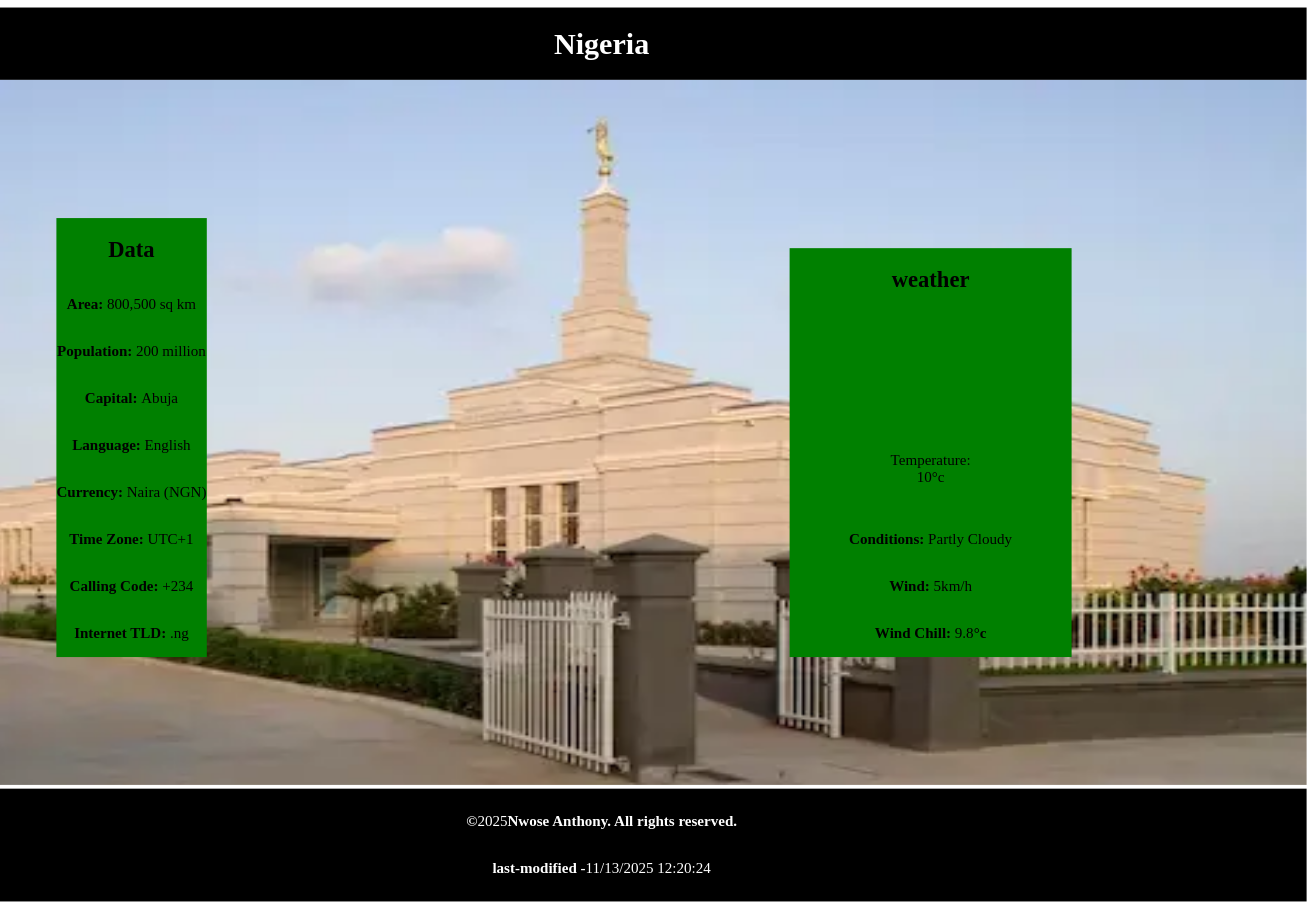
Repository: NoblesNigeria/wdd131
Page: place.html
These files come from the project's save history. The page is drawn as it stood at one moment and after a run of saves; the edit follows.
The browser window is 1280 px wide. The page is 1390 px wide, so the pictures cover 1390 px, including what lies to the right of the window. The pictures show the whole page, at 94% of full size.

Above is the page before, as saved 2025-11-13 18:00:27.

After the next 2 saves:
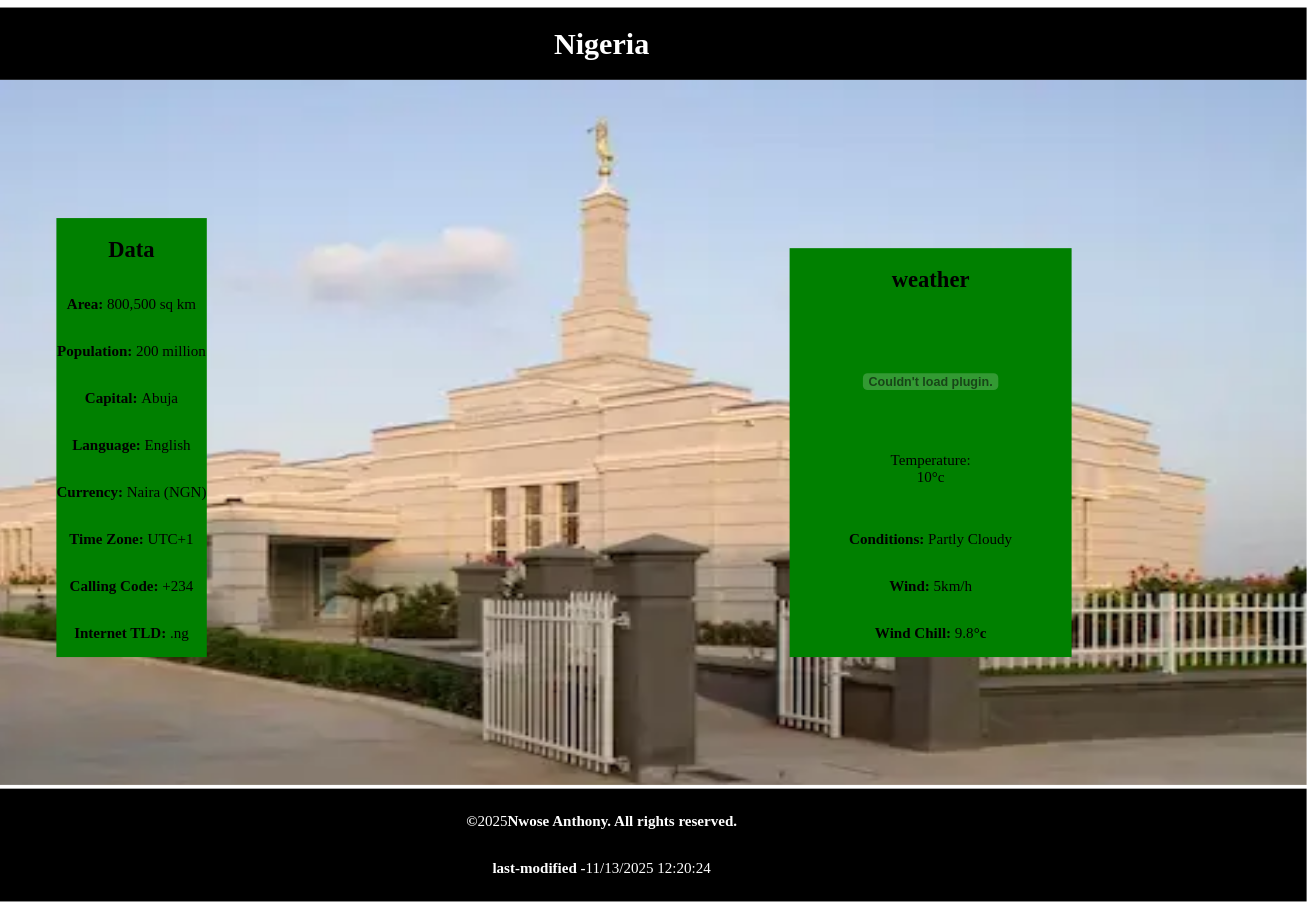
The 2 saves are shown as one change because they came seconds apart.
The last was saved 20 s later.
--- a/place.html
+++ b/place.html
@@ -26,7 +26,7 @@
             </picture>
             <figure class="content">
                 <h2>weather</h2>
-                <embed type=""
+                <embed type="images/"
                 <p>Temperature: <span id="temperature"></span></p>
                 <p>Conditions: <span id="conditions"></span></p>
                 <p>Wind: <span id="wind-speed"></span></p>
